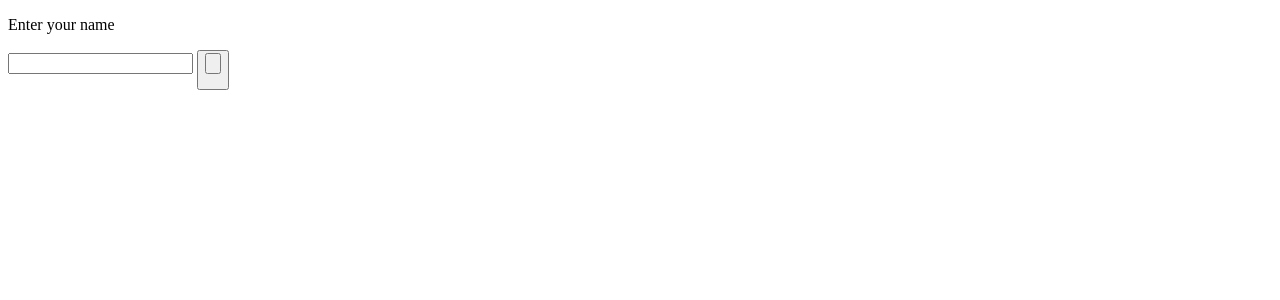
Repository: anmho/rock-paper-scissors
Page: index.html
An editor plug-in stored every save of this project. The page is shown before and after the next save, followed by the edit.
The browser window is 1280 px wide. The pictures show the whole page.

Above is the page before, as saved 2021-10-26 21:06:10.

### index.html
<!DOCTYPE html>
<html lang="en">
  <head>
    <meta charset="UTF-8" />
    <meta http-equiv="X-UA-Compatible" content="IE=edge" />
    <meta name="viewport" content="width=device-width, initial-scale=1.0" />
    <title>Document</title>
  </head>

  <body>
    <p>Enter your name</p>

    <form>
      <input type="text" id="enterName" />
      <button id="submitName"> </>
      <input
        type="button"
        text="Enter"
        id="submitName"
        onsubmit="return false"
      />
    </form>
    <p id="greeting"></p>
  </body>
</html>

<script src="app.js"></script>

### app.js
const nameField = document.getElementById("submitName");

const getName = () => {
  let textField = document.getElementById("enterName");
  greeting.innerHTML = `Hello ${textField.innerHTML}`;
};

const renderHTML = (name) => {
  let greeting = document.createElement(p);
  greeting.innerHTML = "this.value";
};

nameField.addEventListener("click", getName);

After the next save:
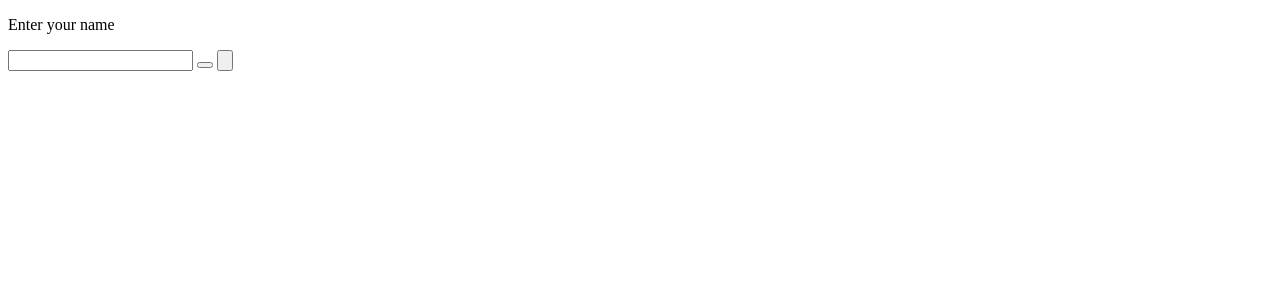
Saved 6 s later.
--- a/index.html
+++ b/index.html
@@ -12,7 +12,7 @@
 
     <form>
       <input type="text" id="enterName" />
-      <button id="submitName"> </>
+      <button id="submitName"></button>
       <input
         type="button"
         text="Enter"
